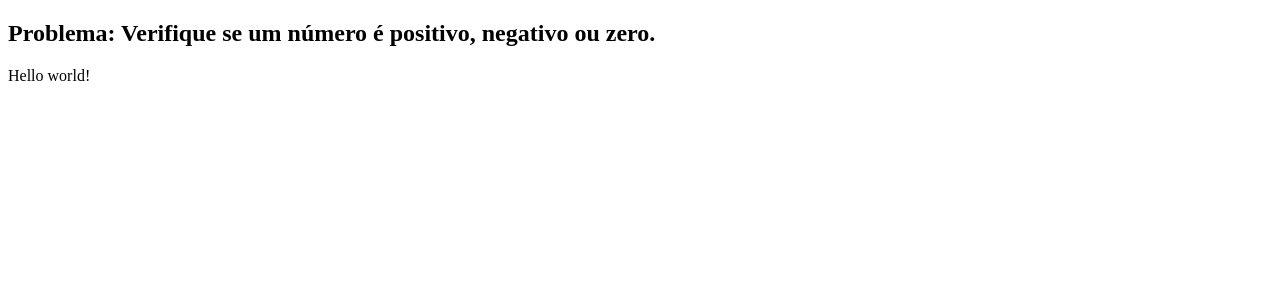
Repository: geracao-09/exercicios-logica
Page: index.html
The author's editor kept a copy of each file at every save. The page is drawn from the files as they stood at one save, then again after a run of saves.
The browser window is 1280 px wide. The pictures show the whole page.

Above is the page before, as saved 2025-04-29 08:27:47.

### index.html
<!DOCTYPE html>
<html lang="en">
<head>
    <meta charset="UTF-8">
    <meta name="viewport" content="width=device-width, initial-scale=1.0">
    <title>Document</title>
</head>
<body>
    <main>
        <h2>Problema: Verifique se um número é positivo, negativo ou zero.
        </h2>
    </main>
    <script src="app.js"></script>
</body>
</html>

### app.js
document.write("Hello world!")

After the next 2 saves:
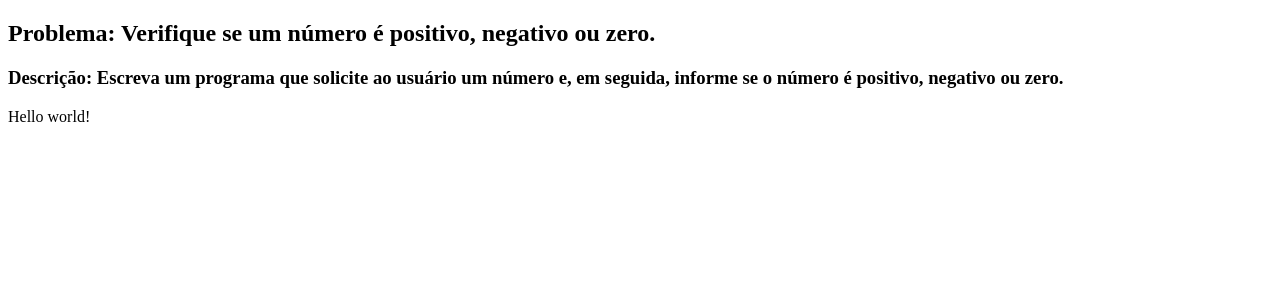
The 2 saves are shown as one change because they came seconds apart.
The last was saved 14 s later.
--- a/index.html
+++ b/index.html
@@ -9,6 +9,9 @@
     <main>
         <h2>Problema: Verifique se um número é positivo, negativo ou zero.
         </h2>
+        <h3>
+            Descrição: Escreva um programa que solicite ao usuário um número e, em seguida, informe se o número é positivo, negativo ou zero.
+        </h3>
     </main>
     <script src="app.js"></script>
 </body>
